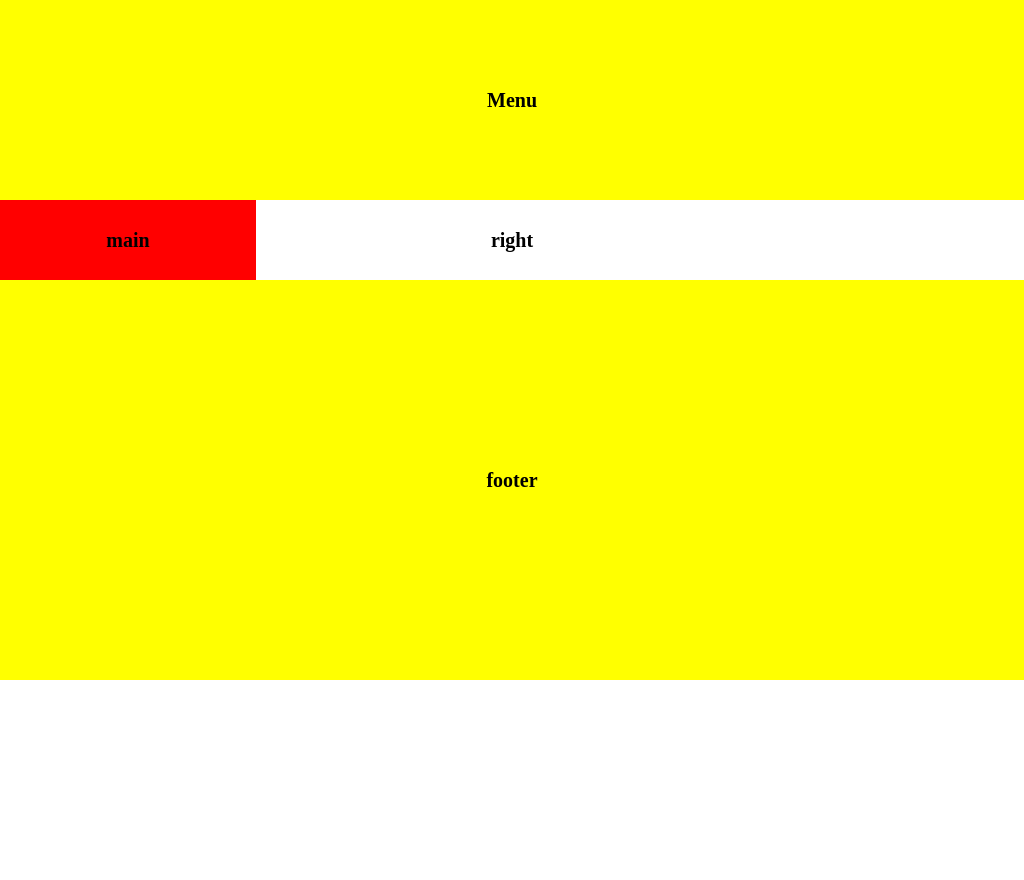
Repository: Nghia19/WEB20022-_00
Page: HTML5_CSS3/bai-1.html
These files come from the project's save history. The page is drawn as it stood at one moment and after a run of saves; the edit follows.
The browser window is 1024 px wide. The pictures show the whole page.

Above is the page before, as saved 2021-06-26 13:08:04.

### HTML5_CSS3/bai-1.html
<!DOCTYPE html>
<html lang="en">
<head>
  <meta charset="UTF-8">
  <meta http-equiv="X-UA-Compatible" content="IE=edge">
  <meta name="viewport" content="width=device-width, initial-scale=1.0">
  <title>Bài 1</title>
  <link rel="stylesheet" href="./css/style.css">
</head>
<body>
  <div class="container">
  <header>header</header>
  <nav>Menu</nav>
  <aside class="left">left</aside>
  <main>main</main>
  <aside class="right">right</aside>
  <footer>footer</footer>
</div>
</body>
</html>

### HTML5_CSS3/css/style.css
*{
  margin: 0;
  padding: 0;
  box-sizing: border-box;
}
.container{
  width: 100%;
  max-width: 1280px;
  margin: 0 auto;
  display: grid;
  grid-template-columns: 25% 50% 25%;
  grid-template-rows: 200px 80px 400px 200px;
  /* border: 1px solid #000; */
}
header, nav, main, aside, footer{
  display: flex;
  justify-content: center;
  align-items: center;
  font-size: 20px;
  font-weight: bold;
}
header {
  grid-column: 1/4;
}
nav{
  background-color: yellow;
  grid-column: 1/4;
}
main{
  background-color: red;
}
footer{
  background-color: yellow;
  grid-column: 1/4;
}

@media (max-width: 1024px) {
  .container{
    width: 100%;
    max-width: 1280px;
    margin: 0 auto;
    display: grid;
    grid-template-columns: 25% 50% 25%;
    grid-template-rows: 200px 80px 400px 200px;
    /* border: 1px solid #000; */
  }
  header, .left{
    display: none;
  }
}

After the next 2 saves:
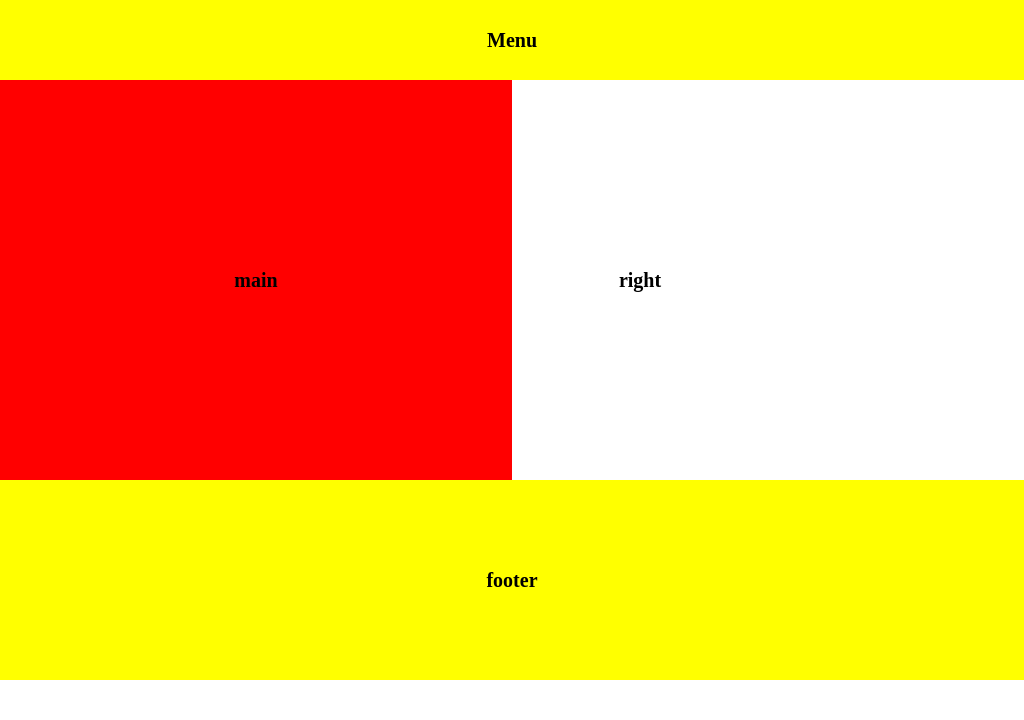
The 2 saves are shown as one change because they came seconds apart.
The last was saved 13 s later.
--- a/HTML5_CSS3/css/style.css
+++ b/HTML5_CSS3/css/style.css
@@ -40,9 +40,8 @@
     max-width: 1280px;
     margin: 0 auto;
     display: grid;
-    grid-template-columns: 25% 50% 25%;
-    grid-template-rows: 200px 80px 400px 200px;
-    /* border: 1px solid #000; */
+    grid-template-columns:  50% 25%;
+    grid-template-rows:  80px 400px 200px;
   }
   header, .left{
     display: none;
